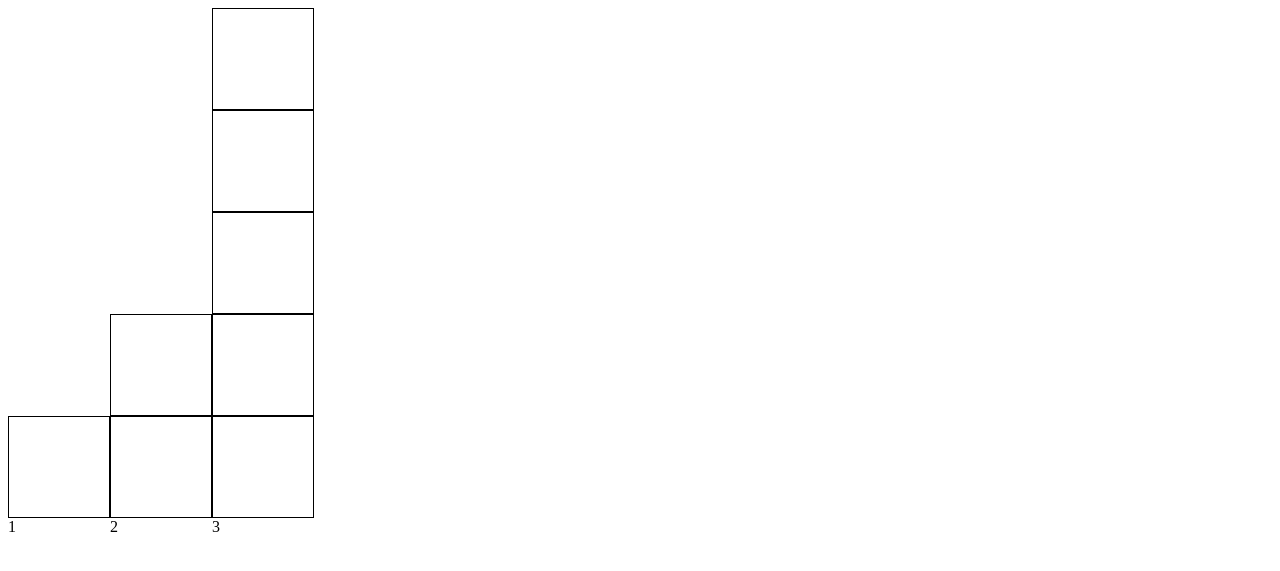
Repository: motiejus1/27-paskaita-05.31
Page: namas.html
An editor plug-in stored every save of this project. The page is shown before and after the next save, followed by the edit.
The browser window is 1280 px wide. The pictures show the whole page.

Above is the page before, as saved 2021-07-15 20:51:47.

After the next save:
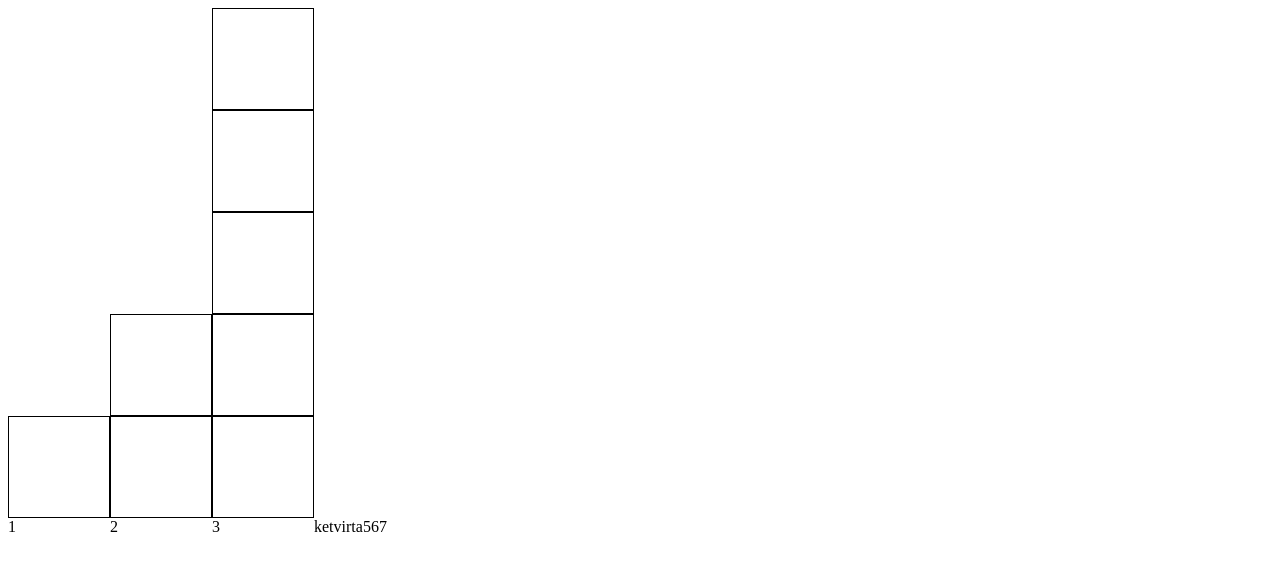
Saved 72 s later.
--- a/namas.html
+++ b/namas.html
@@ -93,7 +93,7 @@
             miestas: "Vilnius",
             pastatymoData: new Date("2010"),
             adresas: "Zalgirio g. 10",
-            laiptiniuSk: [1, 2, 3], //5 laiptines
+            laiptiniuSk: [1, 2, 3, "ketvirta", 5, 6, 7], //5 laiptines
             butuSk: [1, 2, 5], // nurodo kiek butu yra laiptineje
             bendrasButuSk: 0,
 
